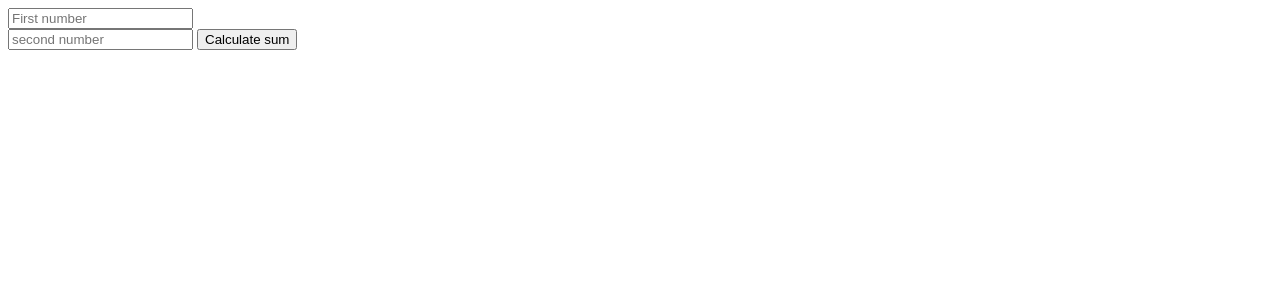
Repository: VISHALGUPTA100803/Harkirat_MERN
Page: Week 4/DOM_introduction/index.html
An editor plug-in stored every save of this project. The page is shown before and after the next save, followed by the edit.
The browser window is 1280 px wide. The pictures show the whole page.

Above is the page before, as saved 2024-03-12 00:19:26.

After the next save:
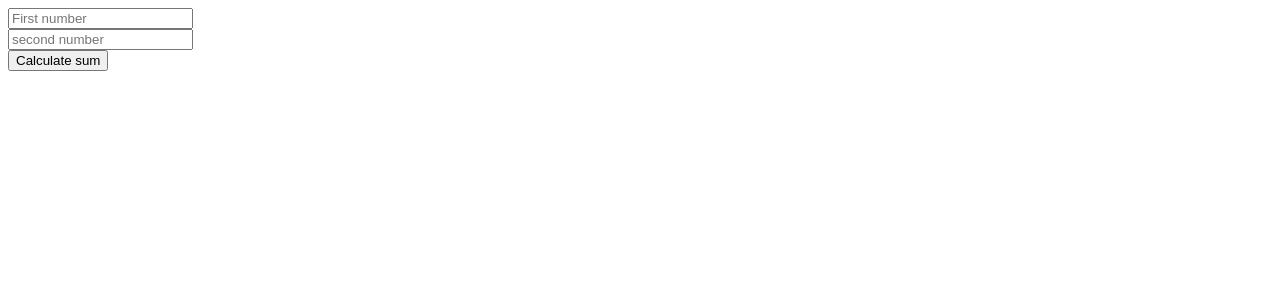
Saved 5 s later.
--- a/Week 4/DOM_introduction/index.html
+++ b/Week 4/DOM_introduction/index.html
@@ -1,7 +1,7 @@
 <html>
     <body>
         <input type="text" placeholder="First number"></input> <br>
-        <input type="text" placeholder="second number"></input>
+        <input type="text" placeholder="second number"></input> <br>
         <button> Calculate sum</button>
     </body>
 </html>
